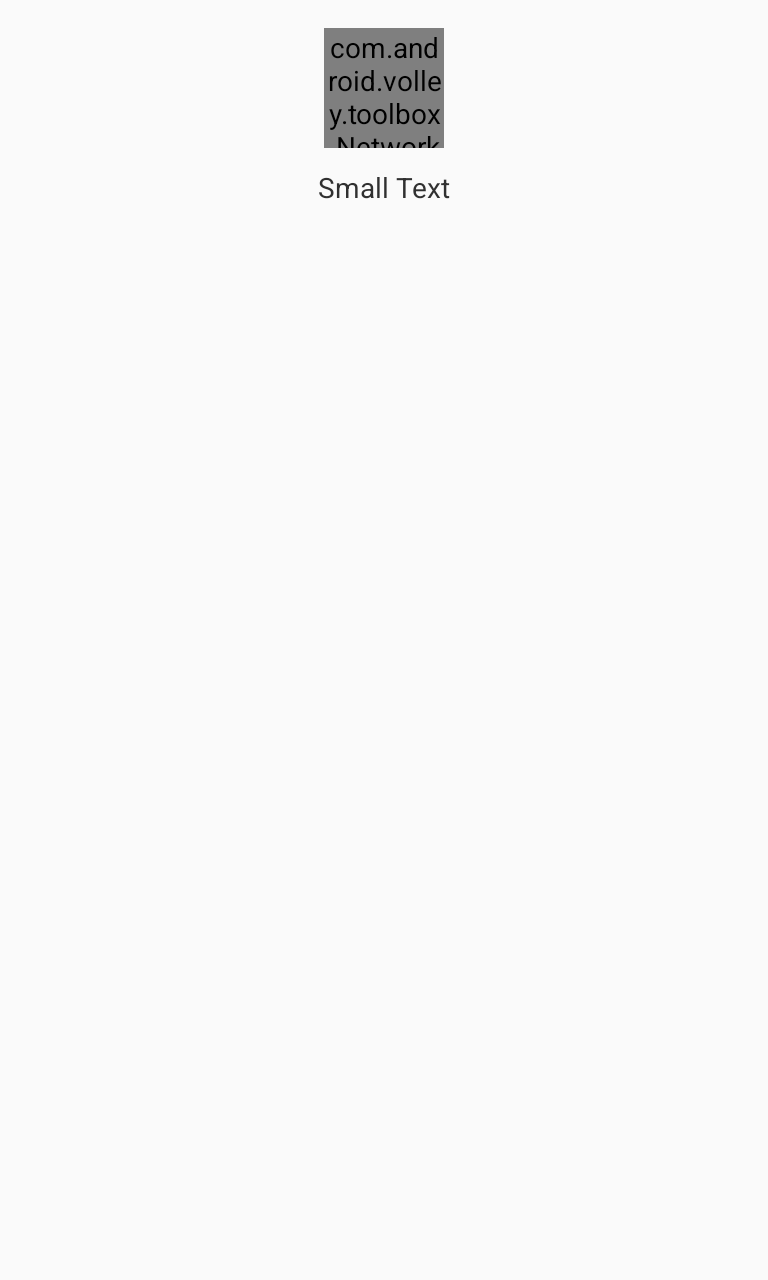
Repository: savindra/cutting-edge
Layout: Humzearch/res/layout/main_menu_user.xml
An editor plug-in stored every save of this project. The layout is shown before and after the next save, followed by the edit.
Pictures or frames that could not be fetched are drawn as grey boxes. It is drawn on a 768 x 1280 px phone screen (xhdpi) without system bars, with theme AppTheme; the app's code is not run.

Above is the layout before, as saved 2015-06-18 15:21:29.

### Humzearch/res/layout/main_menu_user.xml
<?xml version="1.0" encoding="utf-8"?>
<RelativeLayout xmlns:android="http://schemas.android.com/apk/res/android"
    android:id="@+id/RelativeLayout"
    android:layout_width="match_parent"
    android:layout_height="120dp"
    android:orientation="vertical" >

    <com.android.volley.toolbox.NetworkImageView
        android:id="@+id/imgMenuUser"
        android:layout_width="60dp"
        android:layout_height="60dp"
        android:layout_alignParentTop="true"
        android:layout_centerHorizontal="true"
        android:layout_marginTop="14dp"
        android:src="@drawable/ic_default_user" />

    <TextView
        android:id="@+id/txtMenuUsername"
        android:layout_width="wrap_content"
        android:layout_height="wrap_content"
        android:layout_below="@+id/imgMenuUser"
        android:layout_centerHorizontal="true"
        android:layout_marginBottom="5dp"
        android:layout_marginTop="10dp"
        android:text="Small Text"
        android:textAppearance="@android:style/TextAppearance.Small"
        android:textColor="@color/list_item_title" />

</RelativeLayout>

### Humzearch/res/values-v21/style.xml
<?xml version="1.0" encoding="utf-8"?>
<resources>
    <style name="AppTheme" parent="AppTheme.Base">
        <!-- Customize your theme using Material Design here. -->
    </style>
</resources>

### Humzearch/res/values/styles.xml
<resources>

    <!-- Base application theme. -->
    <style name="AppTheme" parent="AppTheme.Base"/>

    <style name="AppTheme.Base" parent="Theme.AppCompat.Light.DarkActionBar">
        <!-- Customize your theme here. -->

        <!-- colorPrimary is used for the default action bar background -->
        <item name="colorPrimary">@color/ColorPrimary</item>

        <!-- colorPrimaryDark is used for the status bar -->
        <item name="colorPrimaryDark">@color/ColorPrimaryDark</item>

        <!-- colorAccent is used as the default value for colorControlActivated
             which is used to tint widgets -->

        <!-- You can also set colorControlNormal, colorControlActivated
             colorControlHighlight & colorSwitchThumbNormal. -->

        <item name="homeAsUpIndicator">@drawable/ic_drawer</item>
		<item name="android:homeAsUpIndicator">@drawable/ic_drawer</item>
    </style>

    <style name="AppTheme.NoTitleBar" parent="Theme.AppCompat.Light.NoActionBar">
        <!-- Customize your theme here. -->

        <!-- colorPrimary is used for the default action bar background -->
        <item name="colorPrimary">@color/ColorPrimary</item>

        <!-- colorPrimaryDark is used for the status bar -->
        <item name="colorPrimaryDark">@color/ColorPrimaryDark</item>

        <!-- colorAccent is used as the default value for colorControlActivated
             which is used to tint widgets -->

        <!-- You can also set colorControlNormal, colorControlActivated
             colorControlHighlight & colorSwitchThumbNormal. -->
    </style>

    <style name="AppTheme.BackButton" parent="Theme.AppCompat.Light.DarkActionBar">
        <!-- Customize your theme here. -->

        <!-- colorPrimary is used for the default action bar background -->
        <item name="colorPrimary">@color/ColorPrimary</item>

        <!-- colorPrimaryDark is used for the status bar -->
        <item name="colorPrimaryDark">@color/ColorPrimaryDark</item>

        <!-- colorAccent is used as the default value for colorControlActivated
             which is used to tint widgets -->

        <!-- You can also set colorControlNormal, colorControlActivated
             colorControlHighlight & colorSwitchThumbNormal. -->
    </style>

    <style name="toolbar_bottom" parent="Widget.AppCompat.Toolbar">
    	<item name="contentInsetStart">0dp</item>
    	<item name="contentInsetEnd">0dp</item>
	</style>

</resources>

### Humzearch/res/values/color.xml
<?xml version="1.0" encoding="utf-8"?>
<resources>
    <color name="ColorPrimary">#e62117</color>
    <color name="ColorPrimaryDark">#c31c13</color>
    <color name="tabsScrollColor">#8a140e</color>
    <color name="fontblack">#000</color>

    <!-- Main menu colors -->
    <color name="list_item_title">#303030</color>
    <color name="list_background">#eee</color>
    <color name="list_background_pressed">#aaa</color>
    <color name="list_divider">#ccc</color>
    <color name="counter_text_bg">#626262</color>
    <color name="counter_text_color">#c5c4c4</color>

    <color name="button">#ccc</color>

    <color name="link">#909090</color>
    <color name="secondbar">#f5f5f5</color>
    <color name="background">#fcfcfc</color>

</resources>

After the next save:
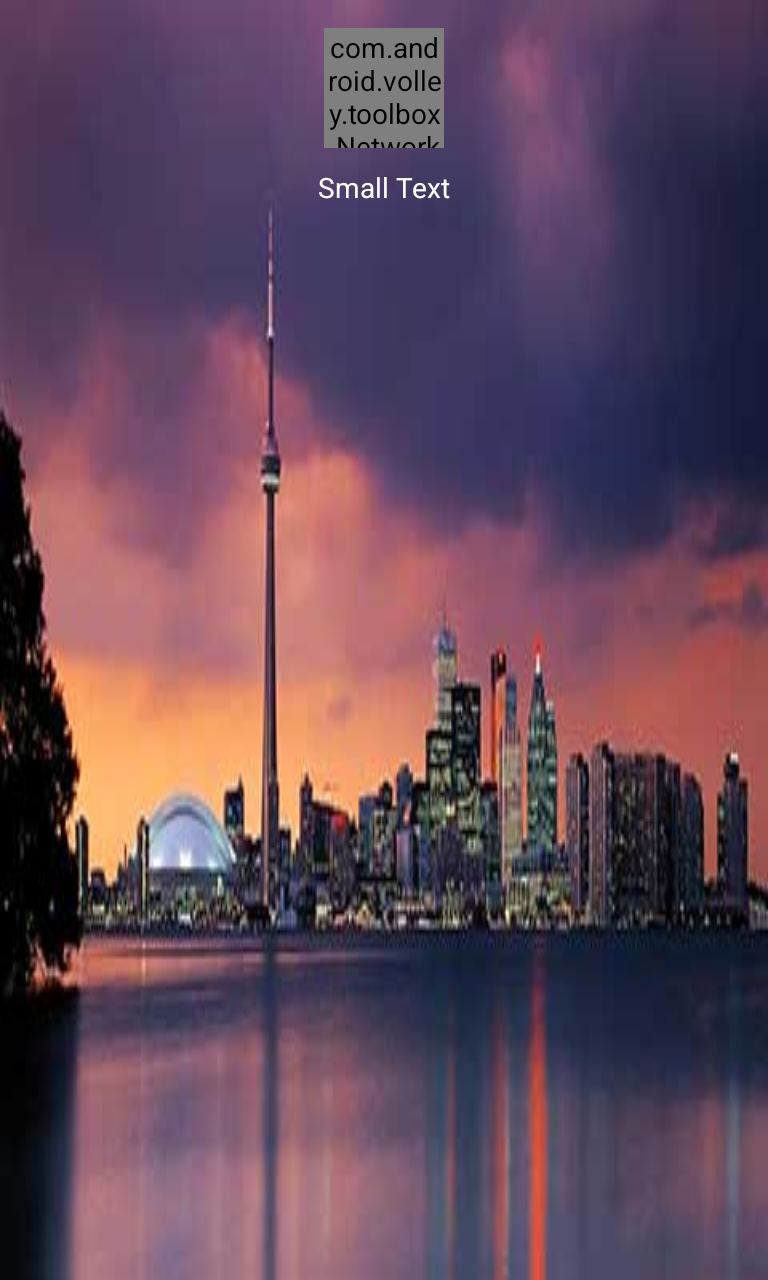
Saved 12 min 8 s later.
--- a/Humzearch/res/layout/main_menu_user.xml
+++ b/Humzearch/res/layout/main_menu_user.xml
@@ -3,6 +3,7 @@
     android:id="@+id/RelativeLayout"
     android:layout_width="match_parent"
     android:layout_height="120dp"
+    android:background="@drawable/ic_menu_background"
     android:orientation="vertical" >
 
     <com.android.volley.toolbox.NetworkImageView
@@ -24,6 +25,6 @@
         android:layout_marginTop="10dp"
         android:text="Small Text"
         android:textAppearance="@android:style/TextAppearance.Small"
-        android:textColor="@color/list_item_title" />
+        android:textColor="#fff" />
 
 </RelativeLayout>
